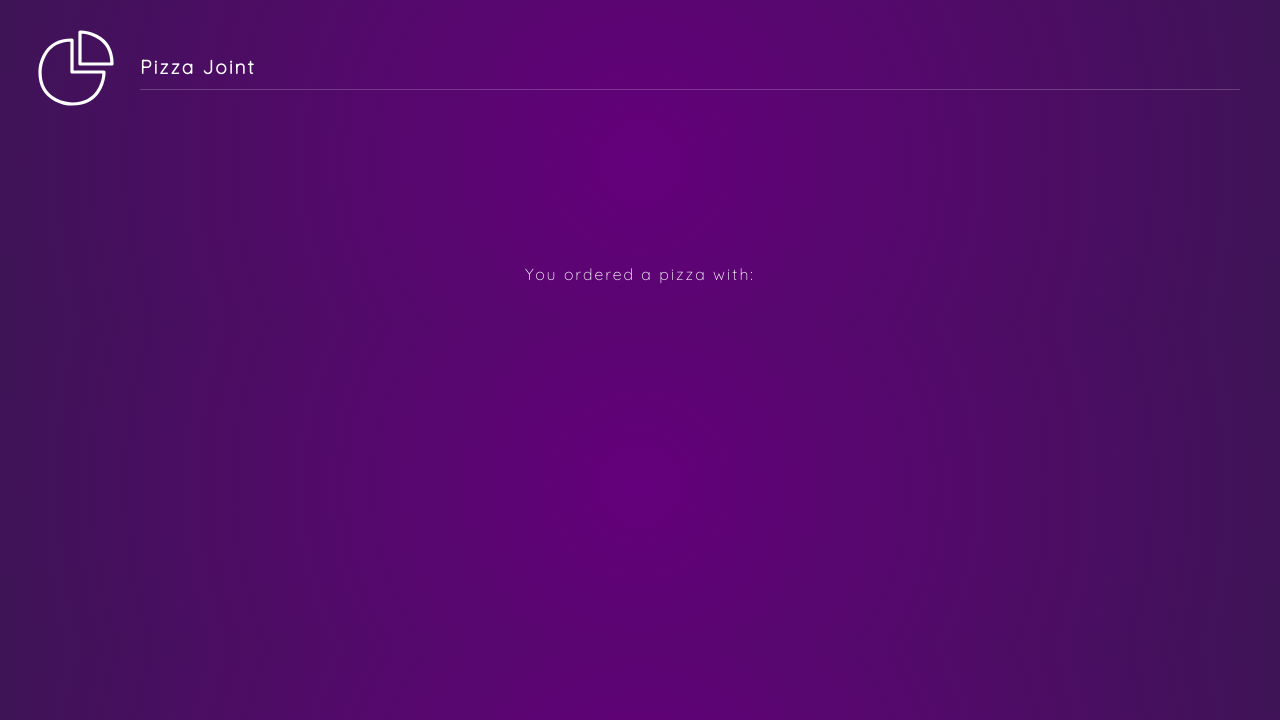
Repository: Bojurie/PizzaAPP
Page: /order
The author's editor kept a copy of each file at every save. The page is drawn from the files as they stood at one save, then again after the next save.
The browser window is 1280 px wide. The pictures show the whole page.
The project was rebuilt for these pictures with package versions that can differ from the ones it lists, and the page was loaded fresh each time. Also part of the build but not shown: src/components/Home.js, src/components/Base.js, src/components/Toppings.js.

Above is the page before, as saved 2023-03-30 00:37:40.

After the next save:
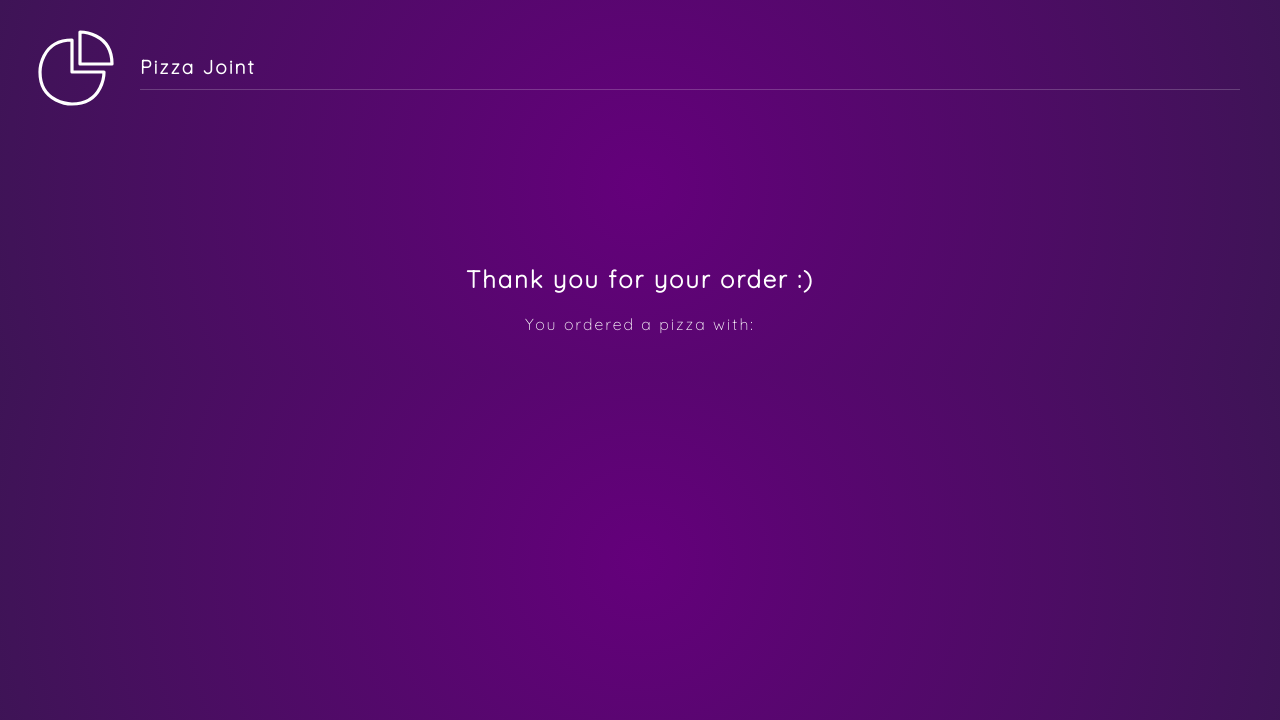
Saved 84 s later.
--- a/src/components/Order.js
+++ b/src/components/Order.js
@@ -42,9 +42,12 @@
       initial='hidden'
       animate='visible'
       className="container order">
-      { showTitle && (
-        <h2>Thank you for your order :)</h2>
-      )}
+        <AnimatePresence>
+          { showTitle && (
+           <h2>Thank you for your order :)</h2>
+          )}
+        </AnimatePresence>
+
       <motion.p variants={childVariants}>You ordered a {pizza.base} pizza with:</motion.p>
       {pizza.toppings.map(topping => <div key={topping}>{topping}</div>)}
     </motion.div>

After the 2 saves that followed:
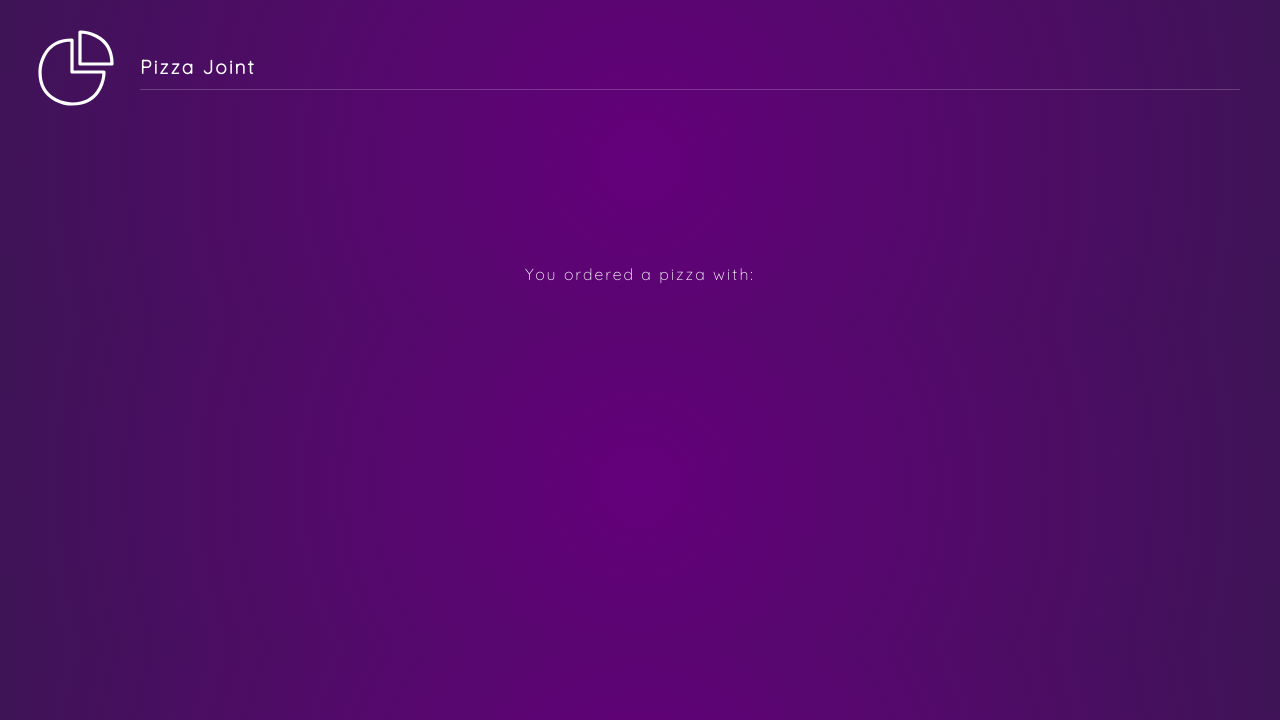
The 2 saves are shown as one change because 1 left the picture as it was.
The last was saved 2 min 4 s later.
--- a/src/components/Order.js
+++ b/src/components/Order.js
@@ -44,7 +44,7 @@
       className="container order">
         <AnimatePresence>
           { showTitle && (
-           <h2>Thank you for your order :)</h2>
+           <motion.h2 exit={{y: -1000}}>Thank you for your order :)</motion.h2>
           )}
         </AnimatePresence>
 
